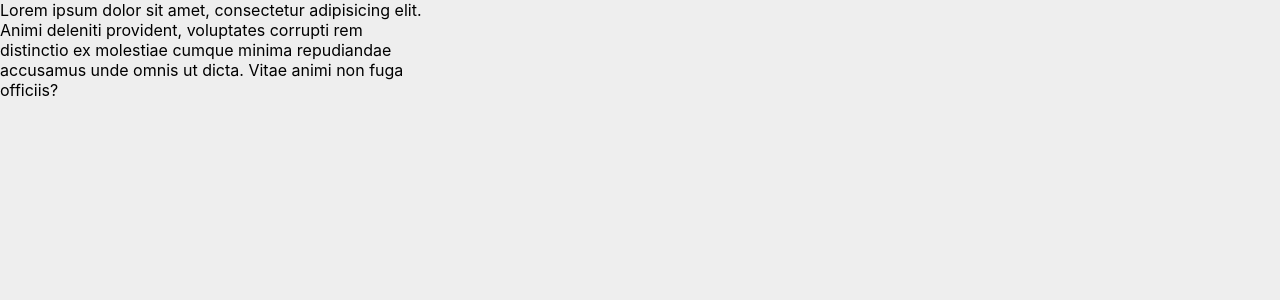
Repository: 16-Doffy/Fe-Khhoahoc
Page: /
An editor plug-in stored every save of this project. The page is shown before and after the next save, followed by the edit.
The browser window is 1280 px wide. The pictures show the whole page.
The project was rebuilt for these pictures with package versions that can differ from the ones it lists, and the page was loaded fresh each time. Also part of the build but not shown: src/App.css, src/components/card/card.js.

Above is the page before, as saved 2025-01-11 08:22:31.

### src/App.js
import "./App.css";
import Card from "./components/card/card";
import CardList from "./components/card/cardList";
// import Button from "./components/button/button";
// import YtList from "./components/youtube/YtList";
// {/* <YtList></YtList> */}
// {/* <Button>Primary</Button>
// <Button secondary >Secondary</Button> */}
const App = () => {
  return (
<div>
<CardList>
Lorem ipsum dolor sit amet, consectetur adipisicing elit. Animi deleniti provident, voluptates corrupti rem distinctio ex molestiae cumque minima repudiandae accusamus unde omnis ut dicta. Vitae animi non fuga officiis?
 </CardList>
</div>
  );
};

export default App;

### src/components/card/cardList.js
import React from 'react';
import styled from 'styled-components';

const StyledCardList = styled.div`
    display: grid;
    grid-template-columns: repeat(3, 1fr);

`;
const CardList = (props) => {
    return (
        <StyledCardList>
          {props.children}
        </StyledCardList>
    );
};

export default CardList;

Loaded but not shown: public/index.html (common file); src/index.js (common file); src/index.css (common file); src/reportWebVitals.js (common file)

After the next save:
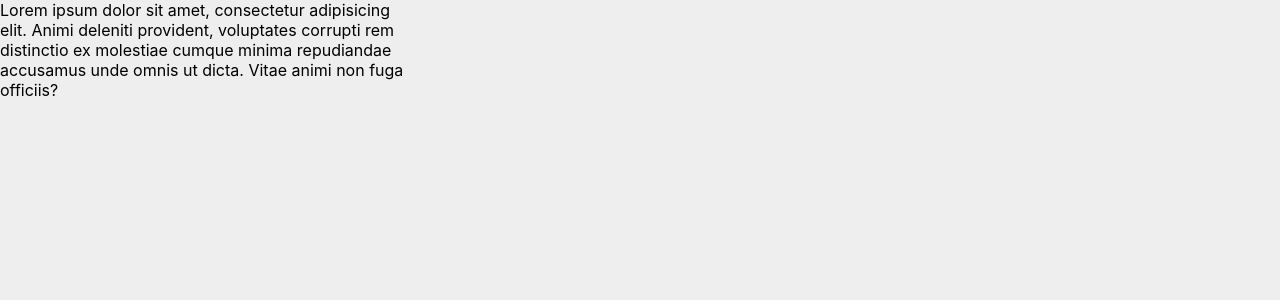
Saved 13 s later.
--- a/src/components/card/cardList.js
+++ b/src/components/card/cardList.js
@@ -4,6 +4,7 @@ import styled from 'styled-components';
 const StyledCardList = styled.div`
     display: grid;
     grid-template-columns: repeat(3, 1fr);
+    gap: 30px;
 
 `;
 const CardList = (props) => {
